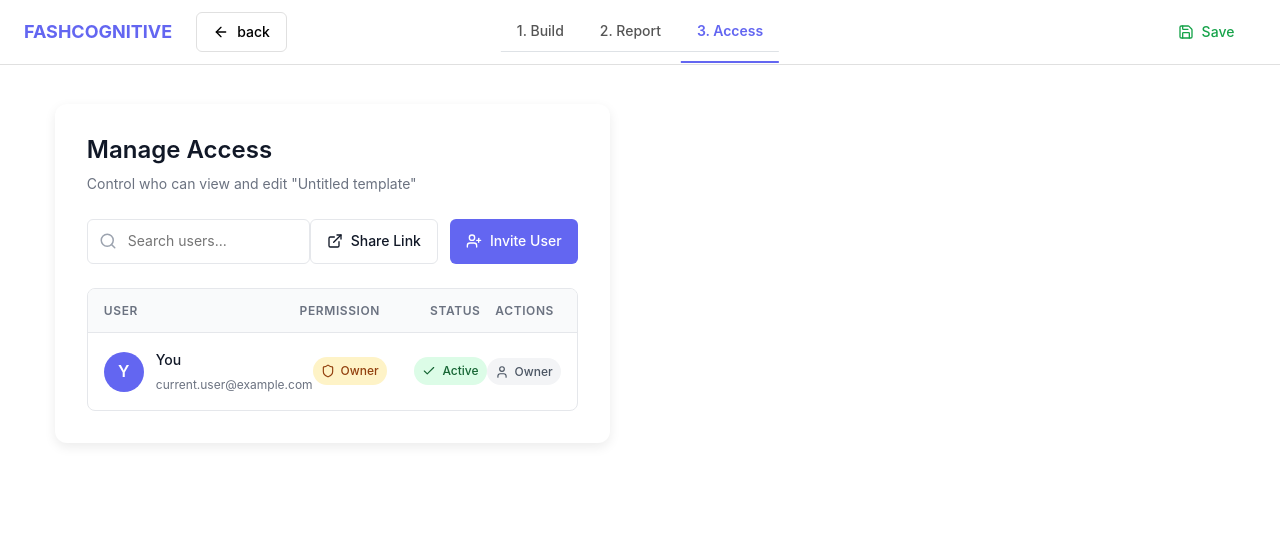
Repository: loganand612/fashcognitive-intern
Page: /ct (app in fash/), after clicking the first element matching `div.nav-tabs > :nth-child(3)`
The author's editor kept a copy of each file at every save. The page is drawn from the files as they stood at one save, then again after the next save.
The browser window is 1280 px wide. The pictures show the whole page.
The project was rebuilt for these pictures with package versions that can differ from the ones it lists, and the page was loaded fresh each time. Also part of the build but not shown: fash/src/pages/Login.css, fash/src/pages/Register.css, fash/src/pages/Template.css, fash/src/pages/Home.tsx, fash/src/pages/Login.tsx, fash/src/pages/Register.tsx, fash/src/pages/Home2.tsx, fash/src/pages/Dashboard.tsx and 1 more. Imported but missing from the stored project, and not drawn on this page: fash/src/pages/assets/head1.mp4.

Above is the page before, as saved 2025-04-14 09:09:29.

After the next save:
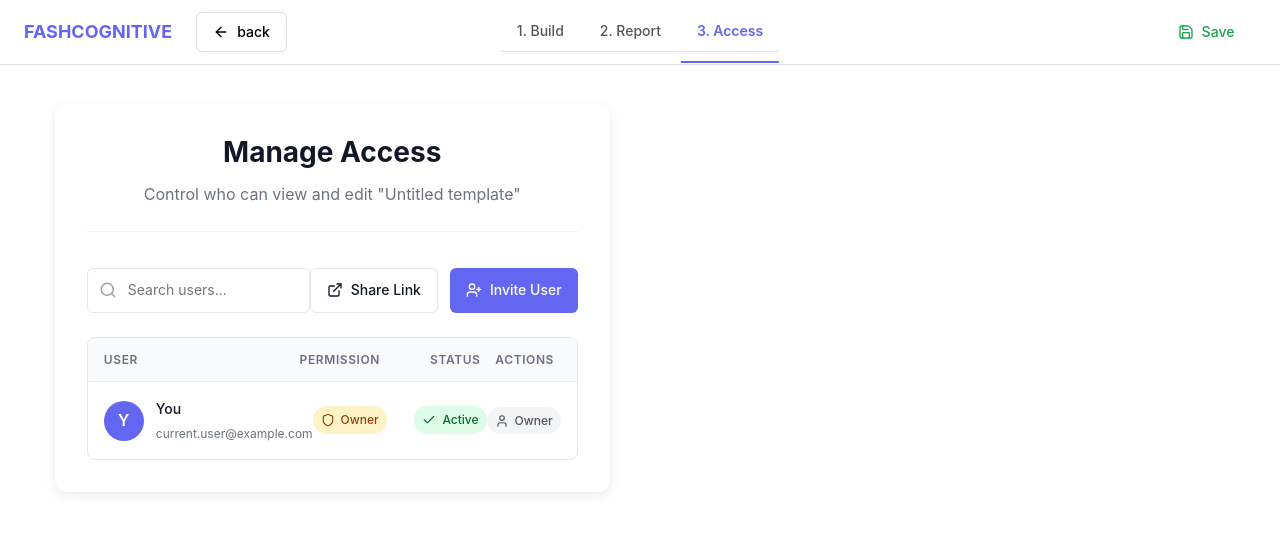
Saved 27 s later.
--- a/fash/src/components/AccessManager.css
+++ b/fash/src/components/AccessManager.css
@@ -9,19 +9,24 @@
 }
 
 .access-header {
-  margin-bottom: 24px;
+  margin-bottom: 36px;
+  text-align: center;
+  padding-bottom: 24px;
+  border-bottom: 1px solid #f3f4f6;
 }
 
 .access-header h2 {
-  font-size: 24px;
-  font-weight: 600;
-  color: #111827;
-  margin-bottom: 8px;
+  font-size: 28px;
+  font-weight: 700;
+  color: #111827;
+  margin-bottom: 12px;
 }
 
 .access-header p {
-  font-size: 14px;
-  color: #6b7280;
+  font-size: 16px;
+  color: #6b7280;
+  max-width: 600px;
+  margin: 0 auto;
 }
 
 .access-actions {
